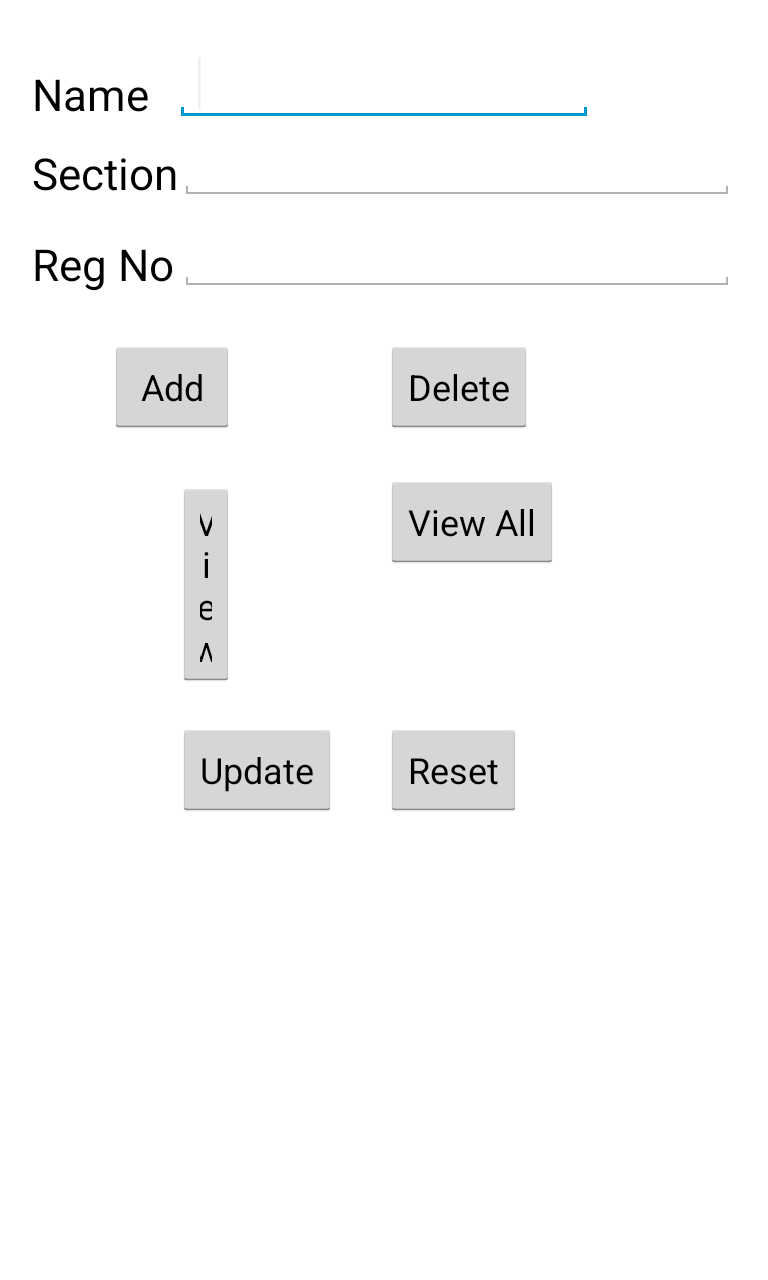
Repository: vinothknr1/aamec-mad-lab
Layout: Ex-4-Database-App/res/layout/activity_main.xml
An editor plug-in stored every save of this project. The layout is shown before and after the next save, followed by the edit.
It is drawn on a 768 x 1280 px phone screen (xhdpi) without system bars, with theme AppTheme; the app's code is not run.

Above is the layout before, as saved 2022-04-19 08:58:53.

### Ex-4-Database-App/res/layout/activity_main.xml
<RelativeLayout xmlns:android="http://schemas.android.com/apk/res/android"
    xmlns:tools="http://schemas.android.com/tools"
    android:layout_width="match_parent"
    android:layout_height="match_parent"
    android:paddingBottom="@dimen/activity_vertical_margin"
    android:paddingLeft="@dimen/activity_horizontal_margin"
    android:paddingRight="@dimen/activity_horizontal_margin"
    android:paddingTop="@dimen/activity_vertical_margin"
    tools:context=".MainActivity" >

    <Button
        android:id="@+id/button3"
        android:layout_width="30dp"
        android:layout_height="wrap_content"
        android:layout_alignRight="@+id/button1"
        android:layout_below="@+id/button1"
        android:layout_marginTop="23dp"
        android:text="View" />

    <Button
        android:id="@+id/button4"
        android:layout_width="wrap_content"
        android:layout_height="wrap_content"
        android:layout_alignBaseline="@+id/button3"
        android:layout_alignBottom="@+id/button3"
        android:layout_alignLeft="@+id/button2"
        android:text="View All" />

    <Button
        android:id="@+id/button6"
        android:layout_width="wrap_content"
        android:layout_height="wrap_content"
        android:layout_alignBaseline="@+id/button5"
        android:layout_alignBottom="@+id/button5"
        android:layout_alignLeft="@+id/button4"
        android:text="Reset" />

    <EditText
        android:id="@+id/editText1"
        android:layout_width="wrap_content"
        android:layout_height="wrap_content"
        android:layout_alignBottom="@+id/textView1"
        android:layout_toRightOf="@+id/textView3"
        android:ems="10" >

        <requestFocus />
    </EditText>

    <TextView
        android:id="@+id/textView1"
        android:layout_width="wrap_content"
        android:layout_height="wrap_content"
        android:layout_alignLeft="@+id/textView2"
        android:layout_alignParentTop="true"
        android:layout_marginTop="16dp"
        android:text="Name"
        android:textAppearance="?android:attr/textAppearanceLarge" />

    <TextView
        android:id="@+id/textView2"
        android:layout_width="wrap_content"
        android:layout_height="wrap_content"
        android:layout_alignBottom="@+id/editText2"
        android:layout_alignParentLeft="true"
        android:text="Section"
        android:textAppearance="?android:attr/textAppearanceLarge" />

    <EditText
        android:id="@+id/editText2"
        android:layout_width="wrap_content"
        android:layout_height="wrap_content"
        android:layout_alignParentRight="true"
        android:layout_below="@+id/editText1"
        android:layout_toRightOf="@+id/textView2"
        android:ems="10" />

    <EditText
        android:id="@+id/editText3"
        android:layout_width="wrap_content"
        android:layout_height="wrap_content"
        android:layout_alignBottom="@+id/textView3"
        android:layout_alignLeft="@+id/editText2"
        android:layout_alignParentRight="true"
        android:ems="10" />

    <TextView
        android:id="@+id/textView3"
        android:layout_width="wrap_content"
        android:layout_height="wrap_content"
        android:layout_below="@+id/textView2"
        android:layout_marginTop="16dp"
        android:text="Reg No"
        android:textAppearance="?android:attr/textAppearanceLarge" />

    <Button
        android:id="@+id/button2"
        android:layout_width="wrap_content"
        android:layout_height="wrap_content"
        android:layout_alignBaseline="@+id/button1"
        android:layout_alignBottom="@+id/button1"
        android:layout_alignRight="@+id/editText1"
        android:layout_marginRight="30dp"
        android:text="Delete" />

    <Button
        android:id="@+id/button5"
        android:layout_width="wrap_content"
        android:layout_height="wrap_content"
        android:layout_alignLeft="@+id/button3"
        android:layout_below="@+id/button3"
        android:layout_marginTop="17dp"
        android:text="Update" />

    <Button
        android:id="@+id/button1"
        android:layout_width="wrap_content"
        android:layout_height="wrap_content"
        android:layout_alignLeft="@+id/textView3"
        android:layout_below="@+id/editText3"
        android:layout_marginLeft="38dp"
        android:layout_marginTop="23dp"
        android:text="Add" />

</RelativeLayout>

Loaded but not shown: Ex-4-Database-App/res/values/styles.xml (common file); Ex-4-Database-App/res/values-v11/styles.xml (common file); Ex-4-Database-App/res/values-v14/styles.xml (common file); Ex-4-Database-App/res/values/dimens.xml (common file)

After the next save:
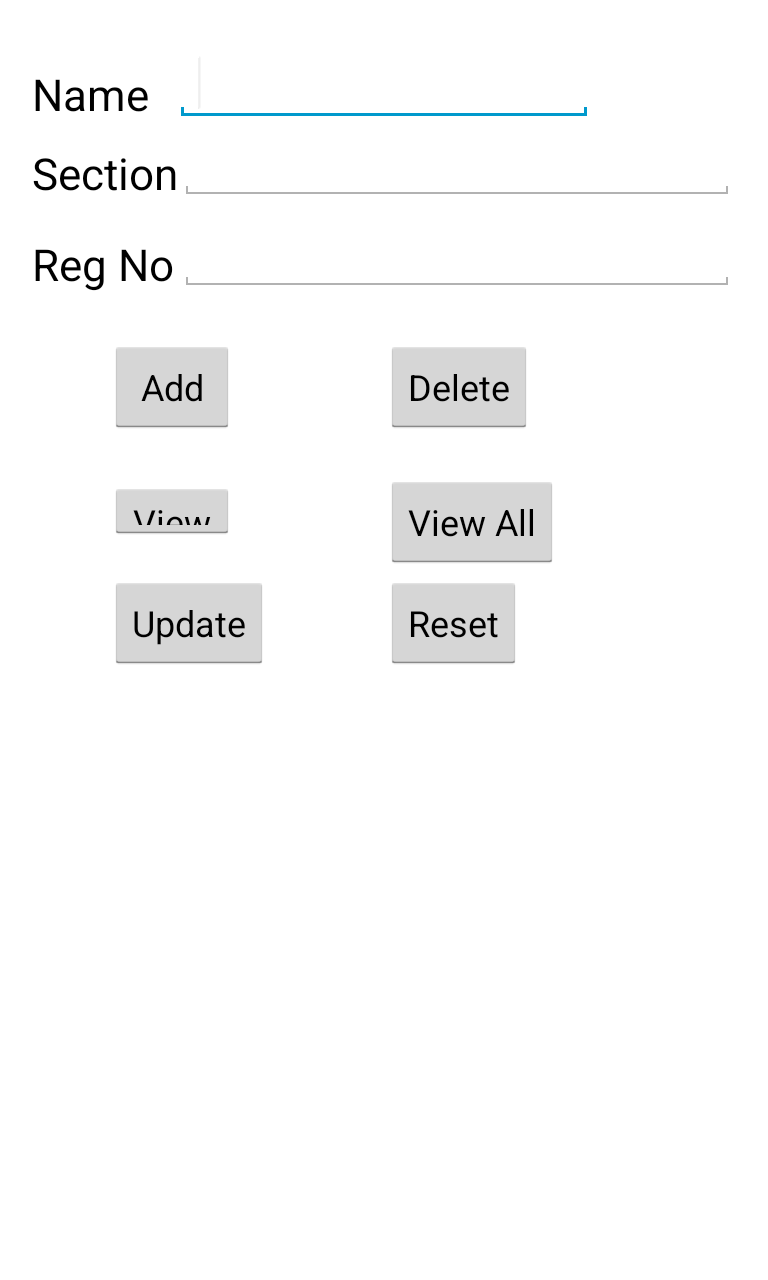
Saved 15 s later.
--- a/Ex-4-Database-App/res/layout/activity_main.xml
+++ b/Ex-4-Database-App/res/layout/activity_main.xml
@@ -10,8 +10,8 @@
 
     <Button
         android:id="@+id/button3"
-        android:layout_width="30dp"
-        android:layout_height="wrap_content"
+        android:layout_width="wrap_content"
+        android:layout_height="30dp"
         android:layout_alignRight="@+id/button1"
         android:layout_below="@+id/button1"
         android:layout_marginTop="23dp"
